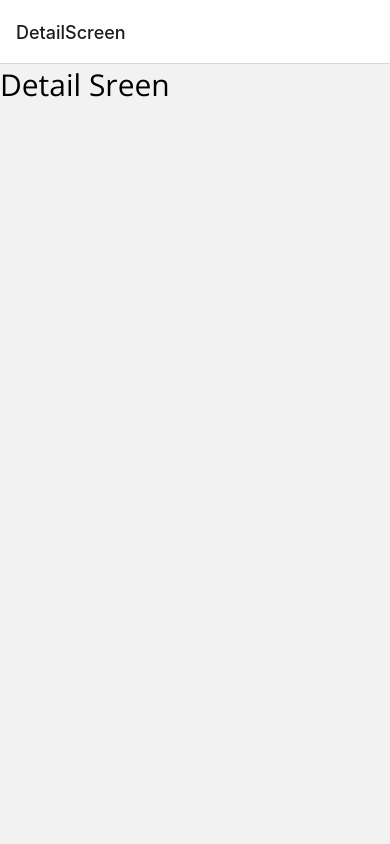
Repository: Ducbii4202/React-Native
Screen: /
These files come from the project's save history. The screen is drawn as it stood at one moment and after the next save; the edit follows.
The app was drawn by React Native's web renderer in a window 390 px wide. The project was rebuilt for these pictures with package versions that can differ from the ones it lists, and the page was loaded fresh each time. Some packages were replaced by stand-ins written for this rebuild.

Above is the screen before, as saved 2024-09-28 12:22:26.

After the next save:
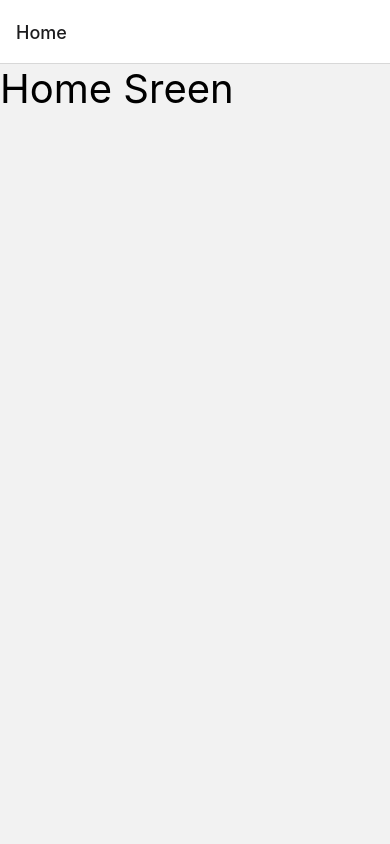
Saved 4 s later.
--- a/App.tsx
+++ b/App.tsx
@@ -43,7 +43,7 @@ const App = () => {
 
         <NavigationContainer>
       <Stack.Navigator>
-        {/* <Stack.Screen name="Home" component={HomeSreen} /> */}
+        <Stack.Screen name="Home" component={HomeSreen} />
         <Stack.Screen name="DetailScreen" component={DetailSreen} />
       </Stack.Navigator>
     </NavigationContainer>
